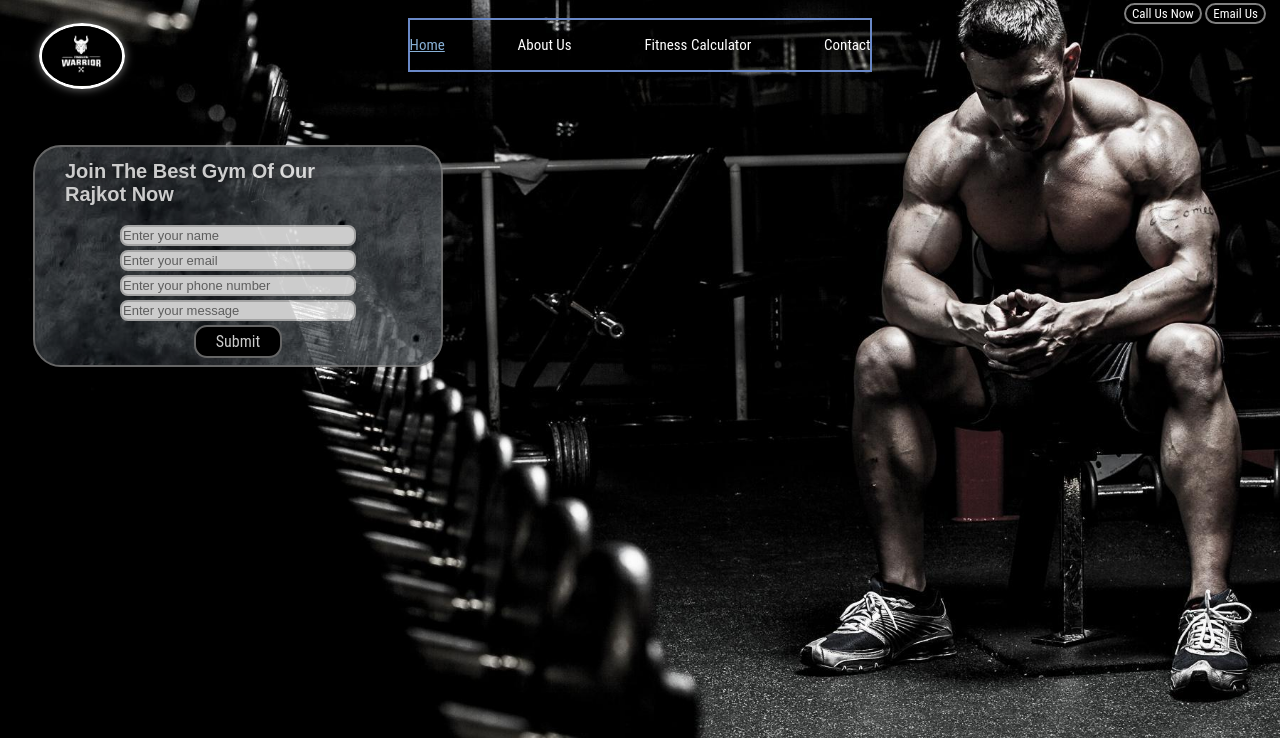
Repository: asthaasquare/project-1
Page: project-1/index.html
The author's editor kept a copy of each file at every save. The page is drawn from the files as they stood at one save, then again after the next save.
The browser window is 1280 px wide. The pictures show the whole page.
Some web fonts or font styles are not loaded; a fallback is used.

Above is the page before, as saved 2024-05-10 10:12:34.

After the next save:
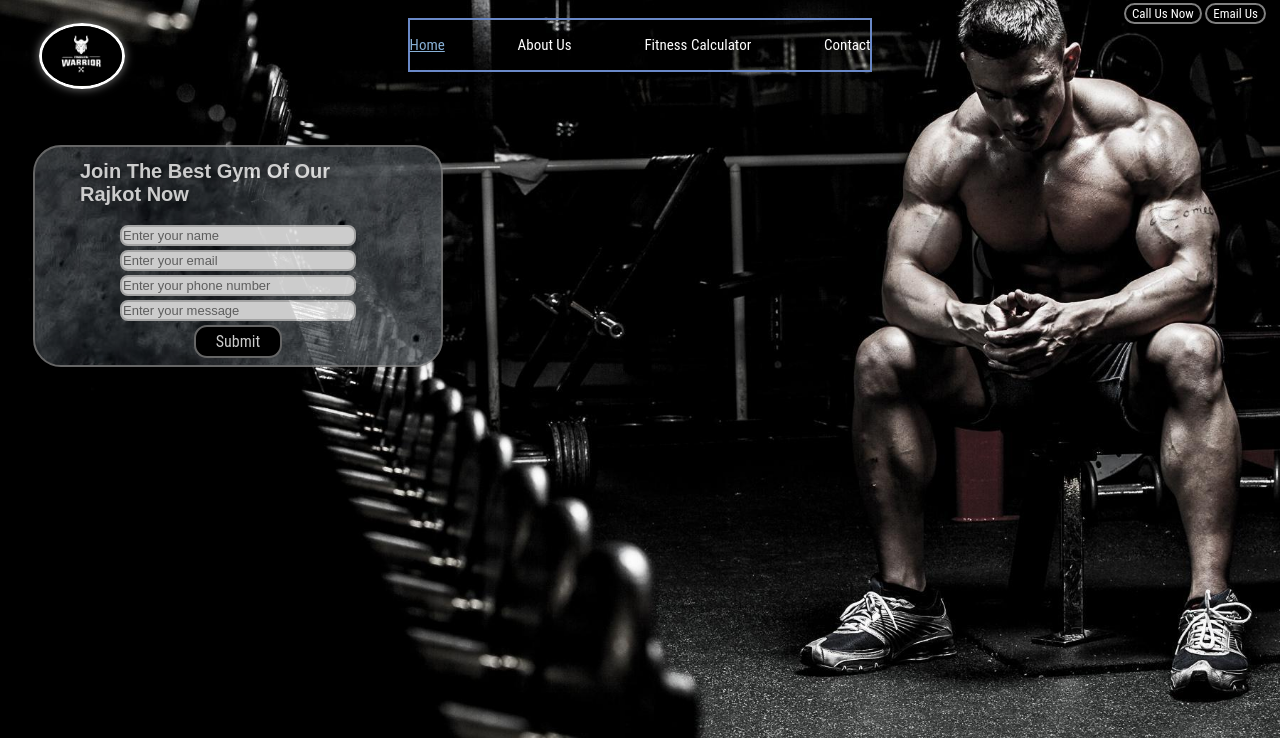
Saved 5 s later.
--- a/project-1/index.html
+++ b/project-1/index.html
@@ -132,7 +132,7 @@
         text-shadow: 2px 2px 8px rgba(0, 0, 0, 0.5); /* Update the text shadow */
         width: 280px;
         padding: 0px;
-        right: 45px;
+        right: 30px;
       }
 
       .form {
